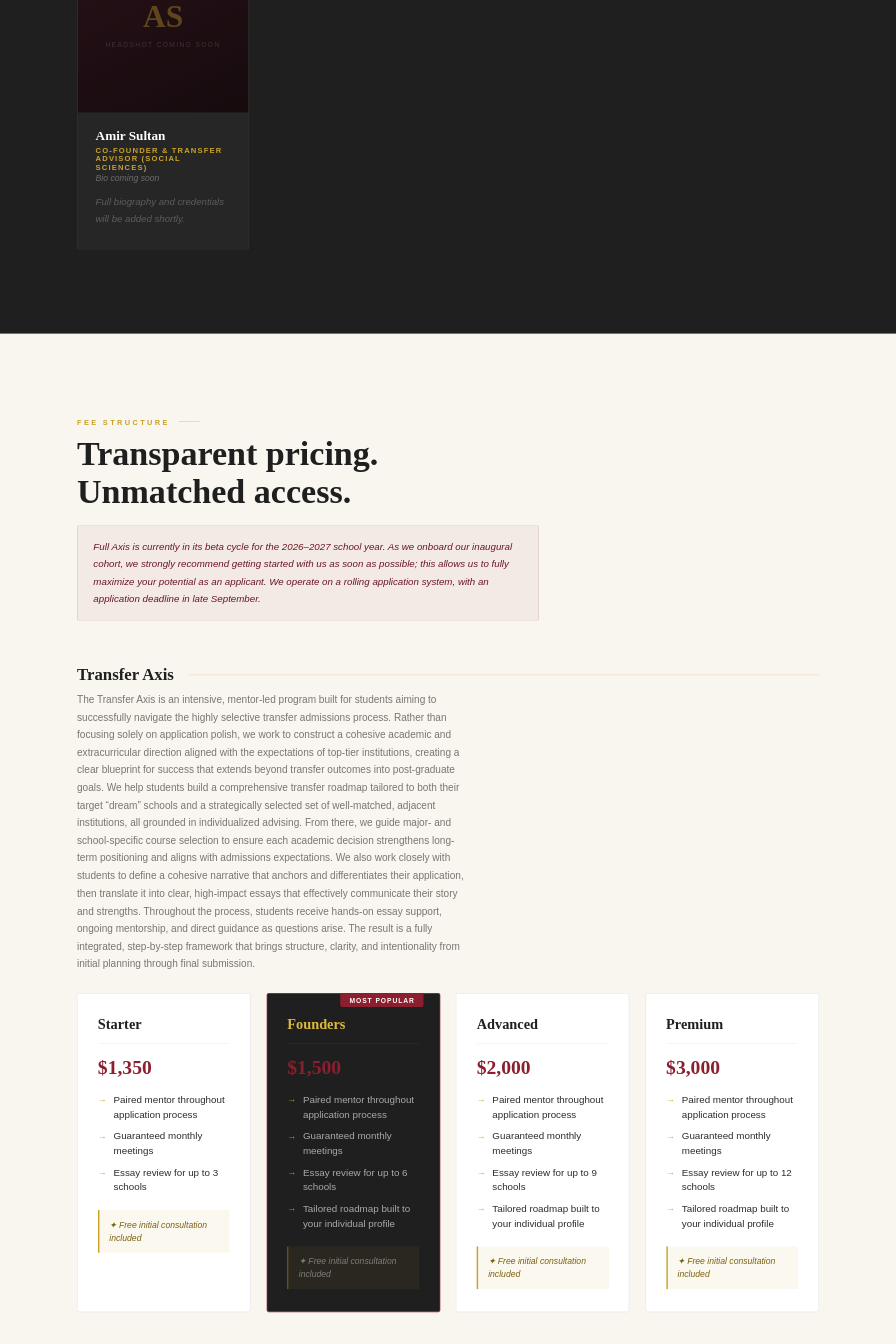
Repository: epeguero8311/cesar
Page: index.html
The author's editor kept a copy of each file at every save. The page is drawn from the files as they stood at one save, then again after the next save.
The browser window is 1280 px wide. The pictures show the part of the page from y = 3591 to 5511 px (the page is 7147 px tall before and 8038 px after), at 70% of full size.

Above is the page before, as saved 2026-04-27 17:00:33.

### index.html
<!DOCTYPE html>
<html lang="en">
<head>
<meta charset="UTF-8" />
<meta name="viewport" content="width=device-width, initial-scale=1.0" />
<title>Full Axis — Prestige Admissions Advisory</title>
<link rel="preconnect" href="https://fonts.googleapis.com" />
<link rel="preconnect" href="https://fonts.gstatic.com" crossorigin />
<link href="https://fonts.googleapis.com/css2?family=Playfair+Display:ital,wght@0,400;0,600;0,700;1,400;1,600&family=Libre+Baskerville:ital,wght@0,400;0,700;1,400&family=DM+Sans:opsz,wght@9..40,300;9..40,400;9..40,500;9..40,600;9..40,700&display=swap" />
<link rel="stylesheet" href="style.css" />
</head>
<body>

<!-- NAV -->
<nav>
  <div class="nav-brand">
    <div class="nav-emblem">
      <svg viewBox="0 0 36 36" fill="none" xmlns="http://www.w3.org/2000/svg">
        <circle cx="18" cy="18" r="16.5" stroke="#8B1E2F" stroke-width="1.8"/>
        <line x1="9" y1="9" x2="27" y2="27" stroke="#C9A227" stroke-width="2" stroke-linecap="round"/>
        <line x1="27" y1="9" x2="9" y2="27" stroke="#C9A227" stroke-width="2" stroke-linecap="round"/>
        <circle cx="18" cy="18" r="3.2" fill="#8B1E2F"/>
        <circle cx="18" cy="18" r="1.6" fill="#C9A227"/>
      </svg>
    </div>
    <div class="nav-logo-text">Full <span>Axis</span></div>
  </div>
  <ul class="nav-links">
    <li><a href="#mission">Mission</a></li>
    <li><a href="#team">Team</a></li>
    <li><a href="#pricing">Packages</a></li>
    <li><a href="#apply" class="nav-cta">Apply Now</a></li>
  </ul>
</nav>

<!-- HERO -->
<section id="hero">
  <div class="hero-inner">
    <div class="hero-eyebrow">Prestige Admissions Advisory</div>
    <h1 class="hero-title">Your defining<br /><em>axis</em> starts here.</h1>
    <div class="hero-rule"></div>
    <p class="hero-sub">Connect → Gameplan → Success</p>
    <div class="hero-actions">
      <a href="#apply" class="btn-primary">Begin Your Application</a>
      <a href="#mission" class="btn-outline">Learn More</a>
    </div>
  </div>
</section>

<!-- STATS RIBBON -->
<div class="stats-ribbon">
  <div class="stat"><strong>Tier 1</strong>&nbsp;Target Schools</div>
  <div class="stat-sep"></div>
  <div class="stat"><strong>Paired</strong>&nbsp;Major-Specific Mentors</div>
  <div class="stat-sep"></div>
  <div class="stat"><strong>Beta</strong>&nbsp;2026–27 Cycle</div>
  <div class="stat-sep"></div>
  <div class="stat"><strong>Free</strong>&nbsp;First Consultation</div>
</div>

<!-- MISSION -->
<section id="mission">
  <div class="section-inner">
    <div class="section-label">Who We Are</div>
    <h2 class="section-title">Built on precision.<br />Defined by results.</h2>
    <div class="mission-grid">
      <div class="reveal">
        <p class="mission-statement">Full Axis is a prestige-focused, major-specific admissions advisory firm. We specialize in guiding students from a multitude of backgrounds through the most competitive first-year and transfer pathways in the country.</p>
        <div class="beta-badge">
          <span class="beta-dot"></span>
          Currently in Beta — 2026–2027 Cycle &nbsp;·&nbsp; Limited Spots Available
        </div>
      </div>
      <div class="mission-right reveal d2">
        <div class="pillar">
          <h3>Our Approach</h3>
          <p>We operate on a "Tiered Expertise" model, pairing each student with mentors who have successfully navigated their exact target trajectory — gaining admission to top programs in their respective fields.</p>
        </div>
        <div class="pillar">
          <h3>Our Philosophy</h3>
          <p>We believe every applicant has a defining narrative axis. Whether it is the pursuit of an elite standard or a strategic reinvention, our role is to identify, refine, and position that axis with precision.</p>
        </div>
      </div>
    </div>
    <div class="ornament"><div class="ornament-diamond"></div></div>
  </div>
</section>

<!-- TEAM -->
<section id="team">
  <div class="section-inner">
    <div class="team-intro">
      <div class="section-label">The Axis Network</div>
      <h2 class="section-title on-dark">Guided by those<br />who've been there.</h2>
    </div>
    <div class="team-grid">
      <!-- Cesar -->
      <div class="team-card reveal">
        <div class="team-photo">
          <div class="team-photo-ph"><div class="team-initials">C</div><div class="photo-hint">Headshot coming soon</div></div>
        </div>
        <div class="team-info">
          <div class="team-name">Cesar Espinoza</div>
          <div class="team-role">Founder &amp; Director</div>
          <div class="team-school">Full Axis</div>
          <p class="team-bio">Cesar leads Full Axis with a mission to make the college admissions process more structured, strategic, and accessible. He works with students across a range of pathways—from high-achieving first-year applicants seeking stronger outcomes to college students refining their academic direction—helping them clarify goals and strengthen their applications. With immense knowledge in the transfer landscape, particularly STEM-focused pathways, he oversees advisor strategy and ensures each student is matched with the right support for their goals.</p>
        </div>
      </div>
      <!-- Andrew -->
      <div class="team-card reveal d1">
        <div class="team-photo">
          <img src="headshots/headshot-Andrew_Wei 2.JPEG" alt="Andrew Wei" class="team-headshot" />
        </div>
        <div class="team-info">
          <div class="team-name">Andrew Wei</div>
          <div class="team-role">Co-Founder &amp; Transfer Advisor (Finance) </div>
          <div class="team-school">Cornell University — Nolan School of Hotel Administration</div>
          <p class="team-bio">Andrew is a transfer student from Tulane University to Cornell’s Nolan School of Hotel Administration, where he is now a sophomore pursuing a career in consulting. After navigating the transfer process himself, he co-founded Full Axis to help others do the same. He will guide students through every step of the process, from school selection to crafting the final components of their applications. Andrew’s strengths lie in business and finance, as well as his ability to help students build a clear, strategic path to success. He focuses on helping students craft narratives that reflect not only technical ambition, but also a deeper commitment to entrepreneurship and innovation.</p>
        </div>
      </div>
      <!-- Kellen -->
      <div class="team-card reveal d2 in">
        <div class="team-photo">
          <div class="team-photo-ph"><div class="team-initials">KB</div><div class="photo-hint">Headshot coming soon</div></div>
        </div>
        <div class="team-info">
          <div class="team-name">Kellen Bell</div>
          <div class="team-role">Co-Founder &amp; Transfer Advisor (Natural Sciences)</div>
          <div class="team-school">Cornell University — HBHS &amp; Health Care Policy</div>
          <p class="team-bio">Kellen is a pre-med transfer student from Tulane to Cornell University, where he is currently majoring in Human Biology, Health & Society with a minor in Health Care Policy. As a co-founder, he will help students refine their applications and reach new heights at any institution. What truly sets Kellen apart is his firsthand experience navigating both the transfer process and the path toward medical school. This experience makes him an invaluable resource for aspiring pre-med students and those pursuing careers in science, allowing him to offer thoughtful, experience-driven guidance. With his unique perspective, he helps students interested in STEM research and medicine better understand the journey ahead and approach it with clarity and confidence.</p>
        </div>
      </div>
      <!-- Azmain -->
        <div class="team-card reveal d3 in">
        <div class="team-photo">
          <div class="team-photo-ph"><div class="team-initials">AH</div><div class="photo-hint">Headshot coming soon</div></div>
        </div>
        <div class="team-info">
          <div class="team-name">Azmain Harun</div>
          <div class="team-role">Co-Founder &amp; Transfer Advisor (Engineering)</div>
          <div class="team-school">Vanderbilt University—Electrical Engineering & HOD</div>
          <p class="team-bio" style="color:rgba(255,255,255,0.25);font-style:italic">Azmain brings a nontraditional but highly strategic perspective to Full Axis, with deep experience navigating both elite admissions and rigorous academic pathways. He earned a full ride offer to Vanderbilt University, where he plans to study Electrical Engineering and Human & Organizational Development (HOD), ultimately enrolling as part of the Class of 2029 after staying home for this past year to help support his family’s company.

During his admissions cycle, Azmain earned a full ride from Columbia University and Virginia Tech, as well as a generous stipend at UC Santa Barbara. He was also waitlisted at Stanford and UC Berkeley, alongside additional strong acceptances across the UC system, including UC San Diego and UC Davis.

His academic strengths span the field of engineering, computer science, physics, applied mathematics, and the UC admissions process, giving him a strong foundation for advising students pursuing competitive technical and public university pathways. Azmain will help students build balanced, realistic, and ambitious application strategies regardless of their field of interest or the university systems they are targeting.</p>
        </div>
      </div>
      <!-- Amir -->
        <div class="team-card reveal d4 in">
        <div class="team-photo">
          <div class="team-photo-ph"><div class="team-initials">AS</div><div class="photo-hint">Headshot coming soon</div></div>
        </div>
        <div class="team-info">
          <div class="team-name">Amir Sultan</div>
          <div class="team-role">Co-Founder &amp; Transfer Advisor (Social Sciences)</div>
          <div class="team-school">Bio coming soon</div>
          <p class="team-bio" style="color:rgba(255,255,255,0.25);font-style:italic">Full biography and credentials will be added shortly.</p>
        </div>
      </div>
    </div>
  </div>
</section>

<!-- PRICING -->
<section id="pricing">
  <div class="section-inner">
    <div class="pricing-hd reveal">
      <div class="section-label">Fee Structure</div>
      <h2 class="section-title">Transparent pricing.<br />Unmatched access.</h2>
      <div class="pricing-beta-block">Full Axis is currently in its beta cycle for the 2026–2027 school year. As we onboard our inaugural cohort, we strongly recommend getting started with us as soon as possible; this allows us to fully maximize your potential as an applicant. We operate on a rolling application system, with an application deadline in late September.</div>
    </div>

    <h3 class="axis-heading">Transfer Axis</h3>
    <p class="axis-desc">The Transfer Axis is an intensive, mentor-led program built for students aiming to successfully navigate the highly selective transfer admissions process. Rather than focusing solely on application polish, we work to construct a cohesive academic and extracurricular direction aligned with the expectations of top-tier institutions, creating a clear blueprint for success that extends beyond transfer outcomes into post-graduate goals.

We help students build a comprehensive transfer roadmap tailored to both their target “dream” schools and a strategically selected set of well-matched, adjacent institutions, all grounded in individualized advising. From there, we guide major- and school-specific course selection to ensure each academic decision strengthens long-term positioning and aligns with admissions expectations. We also work closely with students to define a cohesive narrative that anchors and differentiates their application, then translate it into clear, high-impact essays that effectively communicate their story and strengths. Throughout the process, students receive hands-on essay support, ongoing mentorship, and direct guidance as questions arise. The result is a fully integrated, step-by-step framework that brings structure, clarity, and intentionality from initial planning through final submission.</p>
    <div class="pkg-grid reveal">
      <div class="pkg">
        <div class="pkg-name">Starter</div>
        <div class="rev-price">$1,350</div>
        <ul class="pkg-feats">
          <li class="pkg-feat">Paired mentor throughout application process</li>
          <li class="pkg-feat">Guaranteed monthly meetings</li>
          <li class="pkg-feat">Essay review for up to 3 schools</li>
        </ul>
        <div class="consult-note">✦ Free initial consultation included</div>
      </div>
      <div class="pkg featured">
        <div class="pkg-badge">Most Popular</div>
        <div class="pkg-name">Founders</div>
        <div class="rev-price">$1,500</div>
        <ul class="pkg-feats">
          <li class="pkg-feat">Paired mentor throughout application process</li>
          <li class="pkg-feat">Guaranteed monthly meetings</li>
          <li class="pkg-feat">Essay review for up to 6 schools</li>
          <li class="pkg-feat">Tailored roadmap built to your individual profile</li>
        </ul>
        <div class="consult-note">✦ Free initial consultation included</div>
      </div>
      <div class="pkg">
        <div class="pkg-name">Advanced</div>
        <div class="rev-price">$2,000</div>
        <ul class="pkg-feats">
          <li class="pkg-feat">Paired mentor throughout application process</li>
          <li class="pkg-feat">Guaranteed monthly meetings</li>
          <li class="pkg-feat">Essay review for up to 9 schools</li>
          <li class="pkg-feat">Tailored roadmap built to your individual profile</li>
        </ul>
        <div class="consult-note">✦ Free initial consultation included</div>
      </div>
      <div class="pkg">
        <div class="pkg-name">Premium</div>
        <div class="rev-price">$3,000</div>
        <ul class="pkg-feats">
          <li class="pkg-feat">Paired mentor throughout application process</li>
          <li class="pkg-feat">Guaranteed monthly meetings</li>
          <li class="pkg-feat">Essay review for up to 12 schools</li>
          <li class="pkg-feat">Tailored roadmap built to your individual profile</li>
        </ul>
        <div class="consult-note">✦ Free initial consultation included</div>
      </div>
    </div>

    <h3 class="axis-heading" style="margin-top:4.5rem">Review Axis</h3>
    <p class="axis-desc">The Review Axis is a focused, asynchronous essay review service designed for students who have completed the foundational work of their application and want expert-level refinement before submission. This tier is ideal for applicants seeking a precise, experienced second set of eyes to ensure their narrative is clear, compelling, and free of structural or strategic weaknesses. Support is centered entirely on written materials, with feedback delivered through detailed Google Docs edits and commentary, typically within a 24–72 hour turnaround.

Students may use this plan to refine personal statements or supplemental essays, with targeted guidance on narrative clarity, structure, and prompt alignment. Email communication and limited calls are available strictly for essay strategy discussions, including brainstorming, narrative direction, and refinement of key ideas. This service is intentionally bounded to written application support and does not include advising work covered under the Transfer Axis. A minimum 45-day window prior to the earliest application deadline is required to ensure adequate revision cycles and optimal results.</p>
    <div class="rev-grid reveal">
      <div class="rev-card">
        <div class="rev-card-title">High Schoolers — Essay Only</div>
        <div class="rev-price">$200</div>
        <ul class="rev-feats">
          <li class="rev-feat">Personal statement review + one-time editing &amp; recommendations</li>
          <li class="rev-feat"><em>— or —</em>&nbsp; Two supplemental essay reviews + one-time editing &amp; recommendations</li>
        </ul>
      </div>
      <div class="rev-card">
        <div class="rev-card-title">Transfers — Essay Only</div>
        <div class="rev-price">$200</div>
        <ul class="rev-feats">
          <li class="rev-feat">Single supplemental essay + one-time editing &amp; recommendation</li>
        </ul>
        <div class="rev-addons">
          <div class="addon"><strong>+ $150</strong>&nbsp;each additional supplemental essay</div>
          <div class="addon"><strong>+ $75</strong>&nbsp;essays under 100 words</div>
          <div class="addon"><strong>+ $50</strong>&nbsp;each additional short essay</div>
        </div>
      </div>
    </div>
  </div>
</section>

<!-- APPLY -->
<section id="apply">
  <div class="section-inner">
    <div class="apply-grid reveal">
      <div>
        <div class="section-label">Get Started</div>
        <h2 class="apply-title">Ready to find<br />your <em>axis?</em></h2>
        <p class="apply-sub">Submit your application through our intake form and a member of our team will reach out within 48 hours. Spots for the 2026–2027 cycle are limited.</p>
        <div class="consult-callout">
          <strong>✦ Free First Consultation (Included With Every Application)</strong>
          <p>Every student who applies receives a complimentary initial consultation at no cost. We assess your profile and identify the best pathway forward — no commitment required.</p>
        </div>
      </div>
      <div class="apply-box">
        <div class="apply-icon">
          <svg viewBox="0 0 24 24"><path d="M9 12l2 2 4-4M21 12a9 9 0 11-18 0 9 9 0 0118 0z"/></svg>
        </div>
        <h3>Apply Now</h3>
        <p>Complete our short intake form. Every application is reviewed personally by our team.</p>
        <a href="https://docs.google.com/forms/d/e/1FAIpQLSdoFQlOemhVGL9cHiw1zWZMkfWvCgZNxgydIc3T4HkZGuN4dA/viewform?usp=header"
           target="_blank" rel="noopener noreferrer" class="btn-apply">Begin Your Application →</a>
        <p class="apply-fine">Beta Cycle — 2026–2027 Admissions Year</p>
      </div>
    </div>
  </div>
</section>

<!-- FOOTER -->
<footer>
  <div class="ft-logo">Full <span>Axis</span></div>
  <div class="ft-note">Full Axis is currently operating in its beta cycle for the 2026–2027 admissions year. Prestige-focused, major-specific admissions advisory.</div>
  <div class="ft-copy">© 2026 Full Axis</div>
</footer>

<script src="main.js"></script>
</body>
</html>

Loaded but not shown: main.js (5 lines, source omitted); style.css (294 lines, source omitted)

After the next save:
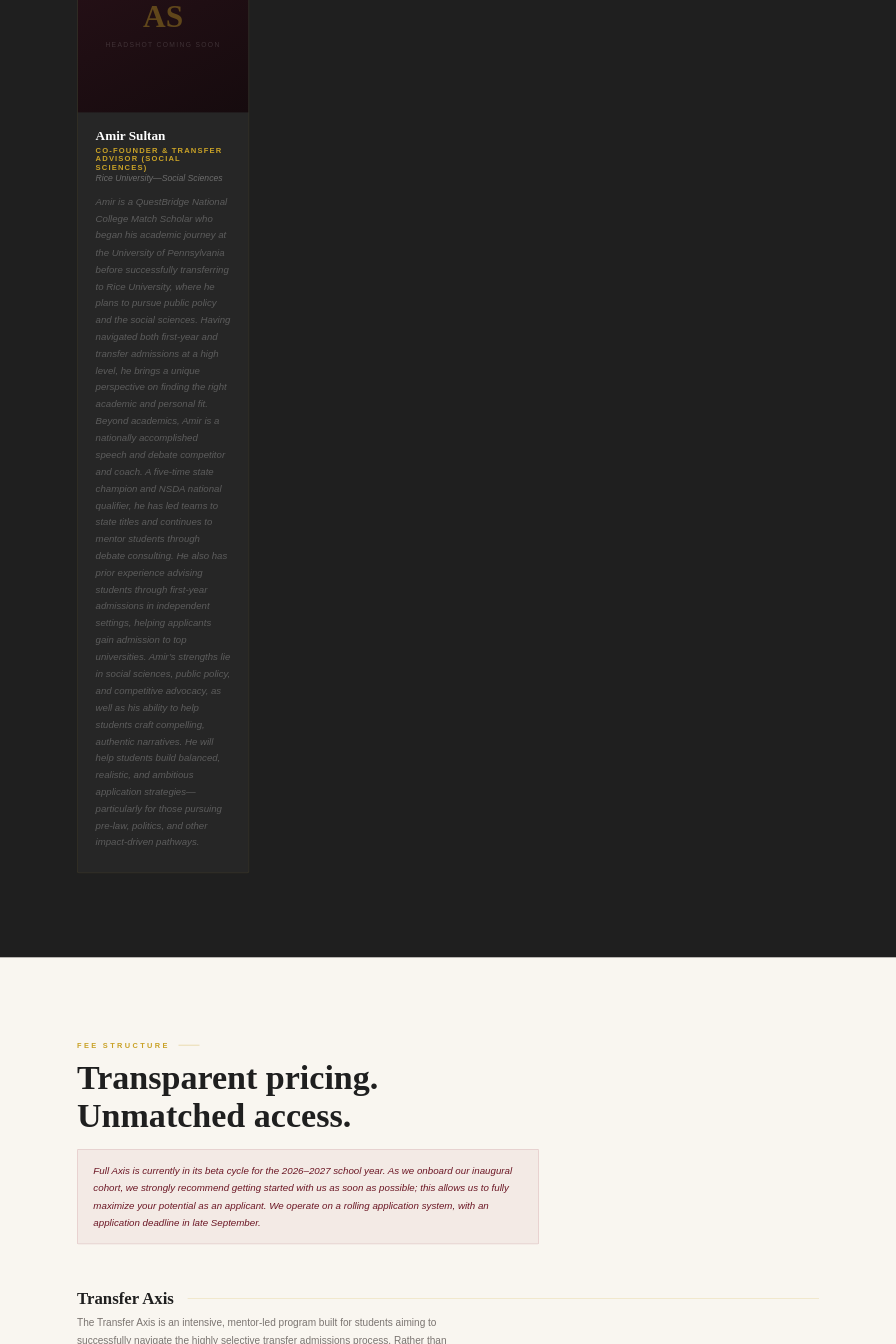
Saved 27 s later.
--- a/index.html
+++ b/index.html
@@ -154,8 +154,12 @@ His academic strengths span the field of engineering, computer science, physics,
         <div class="team-info">
           <div class="team-name">Amir Sultan</div>
           <div class="team-role">Co-Founder &amp; Transfer Advisor (Social Sciences)</div>
-          <div class="team-school">Bio coming soon</div>
-          <p class="team-bio" style="color:rgba(255,255,255,0.25);font-style:italic">Full biography and credentials will be added shortly.</p>
+          <div class="team-school">Rice University—Social Sciences</div>
+          <p class="team-bio" style="color:rgba(255,255,255,0.25);font-style:italic">Amir is a QuestBridge National College Match Scholar who began his academic journey at the University of Pennsylvania before successfully transferring to Rice University, where he plans to pursue public policy and the social sciences. Having navigated both first-year and transfer admissions at a high level, he brings a unique perspective on finding the right academic and personal fit.
+
+Beyond academics, Amir is a nationally accomplished speech and debate competitor and coach. A five-time state champion and NSDA national qualifier, he has led teams to state titles and continues to mentor students through debate consulting. He also has prior experience advising students through first-year admissions in independent settings, helping applicants gain admission to top universities.
+
+Amir’s strengths lie in social sciences, public policy, and competitive advocacy, as well as his ability to help students craft compelling, authentic narratives. He will help students build balanced, realistic, and ambitious application strategies—particularly for those pursuing pre-law, politics, and other impact-driven pathways.</p>
         </div>
       </div>
     </div>
